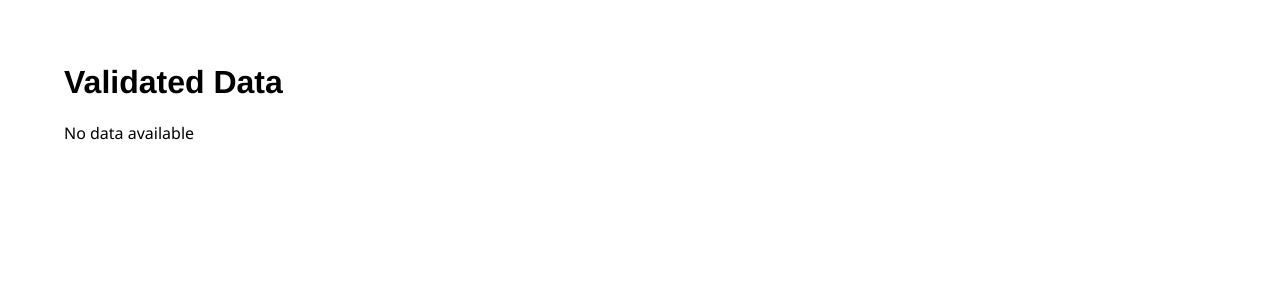
Repository: kaizoku010/mirrorscreenapp
Page: /validate
The author's editor kept a copy of each file at every save. The page is drawn from the files as they stood at one save, then again after a run of saves.
The browser window is 1280 px wide. The pictures show the whole page.
The project was rebuilt for these pictures with package versions that can differ from the ones it lists, and the page was loaded fresh each time. Also part of the build but not shown: src/App.js, src/atoms/printMe.css, src/temps/TicketTemplate.js, src/atoms/PrintMe.js, src/operations/firebase.js, src/atoms/homeAtom.css, src/atoms/HomeAtom.js, src/Sections/Home.js.

Above is the page before, as saved 2024-06-18 04:18:30.

### public/index.html
<!DOCTYPE html>
<html lang="en">
  <head>
    <meta charset="utf-8" />
    <link rel="icon" href="%PUBLIC_URL%/favicon.ico" />
    <meta name="viewport" content="width=device-width, initial-scale=1" />
    <meta name="theme-color" content="#000000" />
    <meta
      name="description"
      content="Web site created using create-react-app"
    />
    <link rel="apple-touch-icon" href="%PUBLIC_URL%/logo192.png" />
    <!--
      manifest.json provides metadata used when your web app is installed on a
      user's mobile device or desktop. See https://developers.google.com/web/fundamentals/web-app-manifest/
    -->
    <link rel="manifest" href="%PUBLIC_URL%/manifest.json" />
    <!--
      Notice the use of %PUBLIC_URL% in the tags above.
      It will be replaced with the URL of the `public` folder during the build.
      Only files inside the `public` folder can be referenced from the HTML.

      Unlike "/favicon.ico" or "favicon.ico", "%PUBLIC_URL%/favicon.ico" will
      work correctly both with client-side routing and a non-root public URL.
      Learn how to configure a non-root public URL by running `npm run build`.
    -->
    <script src="https://unpkg.com/piesocket-js@5"></script>
    <title>Mirror App</title>
  </head>
  <body>
    <noscript>You need to enable JavaScript to run this app.</noscript>
    <div id="root"></div>
    <!--
      This HTML file is a template.
      If you open it directly in the browser, you will see an empty page.

      You can add webfonts, meta tags, or analytics to this file.
      The build step will place the bundled scripts into the <body> tag.

      To begin the development, run `npm start` or `yarn start`.
      To create a production bundle, use `npm run build` or `yarn build`.
    -->
  </body>
</html>

### src/index.js
import React from 'react';
import ReactDOM from 'react-dom/client';
import './index.css';
import App from './App';
import reportWebVitals from './reportWebVitals';
import {
  createBrowserRouter,
  RouterProvider,
} from "react-router-dom";
import Root from './Sections/Home';
import Validate_ from './atoms/Valuser';


const router = createBrowserRouter([
  {
    path: "*",
    element: <Root/>,

  },

  {
    path:"validate",
    element:<Validate_/>
  }
]);


const root = ReactDOM.createRoot(document.getElementById('root'));
root.render(
  <React.StrictMode>
    <RouterProvider router={router} />
  </React.StrictMode>
);

// If you want to start measuring performance in your app, pass a function
// to log results (for example: reportWebVitals(console.log))
// or send to an analytics endpoint. Learn more: https://bit.ly/CRA-vitals
reportWebVitals();

### src/index.css
body {
  margin: 0;
  font-family: "WF Visual Sans","Tanker Regular";
  -webkit-font-smoothing: antialiased;
  -moz-osx-font-smoothing: grayscale;
}

code {
  font-family: source-code-pro, Menlo, Monaco, Consolas, 'Courier New',
    monospace;
}


p{
  margin: 0 !important;
  font-family: 'Segoe UI', Tahoma, Geneva, Verdana, sans-serif;
}

### src/atoms/Valuser.js
import React, { useEffect, useState } from 'react';
import { useLocation } from 'react-router-dom';
import "./valuser.css"

function Valuser() {
  const location = useLocation();
  const initialData = location.state?.data;
  const [scannedData, setScannedData] = useState(initialData ? [initialData] : []);

  useEffect(() => {
    if (initialData) {
      setScannedData(prevData => [...prevData, initialData]);
    }
  }, [initialData]);

  return (
<div>
    <div className='card-data'>
      <h1 className='new-data-header'>Validated Data</h1>
      {scannedData.length > 0 ? (
        scannedData.map((data, index) => (
          <div key={index} className='card-holder'>
            <img className='user-image' src={data.image} alt="Attendee" />
            <div className='card-right-side'>
              <p><strong>Name:</strong> {data.name}</p>
              <p><strong>Email:</strong> {data.email}</p>
              <p><strong>Occupation:</strong> {data.occupation}</p>
              <p><strong>Office:</strong> {data.office}</p>
              <p><strong>Phone Number:</strong> {data.phonenumber}</p>
            </div>
          </div>
        ))
      ) : (
        <p>No data available</p>
      )}
    </div>
</div>


  );
}

export default Valuser;

### src/atoms/valuser.css
.user-image{
    width: 20%;
}

.card-holder{
    display: flex;
}

.card-right-side{
    margin-left: 5%;
}

.new-data-header{
    font-family: 'Franklin Gothic Medium', 'Arial Narrow', Arial, sans-serif;

}

.card-data{
    margin: 5%;
}

Loaded but not shown: src/reportWebVitals.js (common file); src/temps/TicketTemplate.css (no stored copy; drawn as an empty file)

After the next 4 saves:
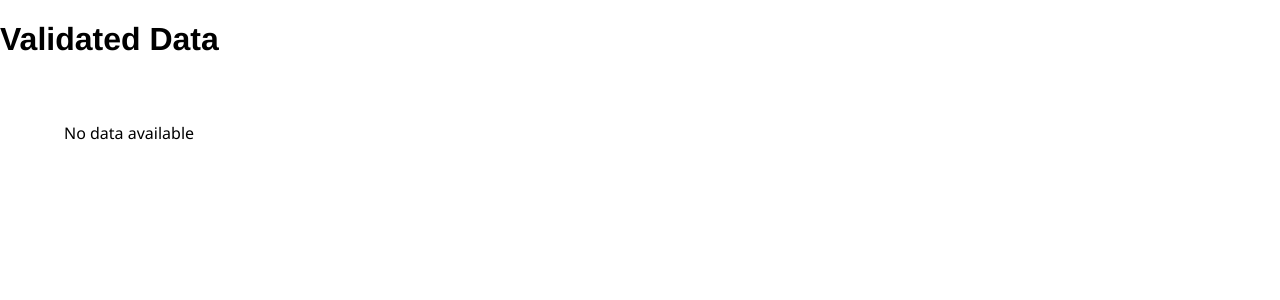
The 4 saves are shown as one change because they came seconds apart.
The last was saved 12 s later.
--- a/src/atoms/Valuser.js
+++ b/src/atoms/Valuser.js
@@ -15,8 +15,8 @@ function Valuser() {
 
   return (
 <div>
+<h1 className='new-data-header'>Validated Data</h1>
     <div className='card-data'>
-      <h1 className='new-data-header'>Validated Data</h1>
       {scannedData.length > 0 ? (
         scannedData.map((data, index) => (
           <div key={index} className='card-holder'>
